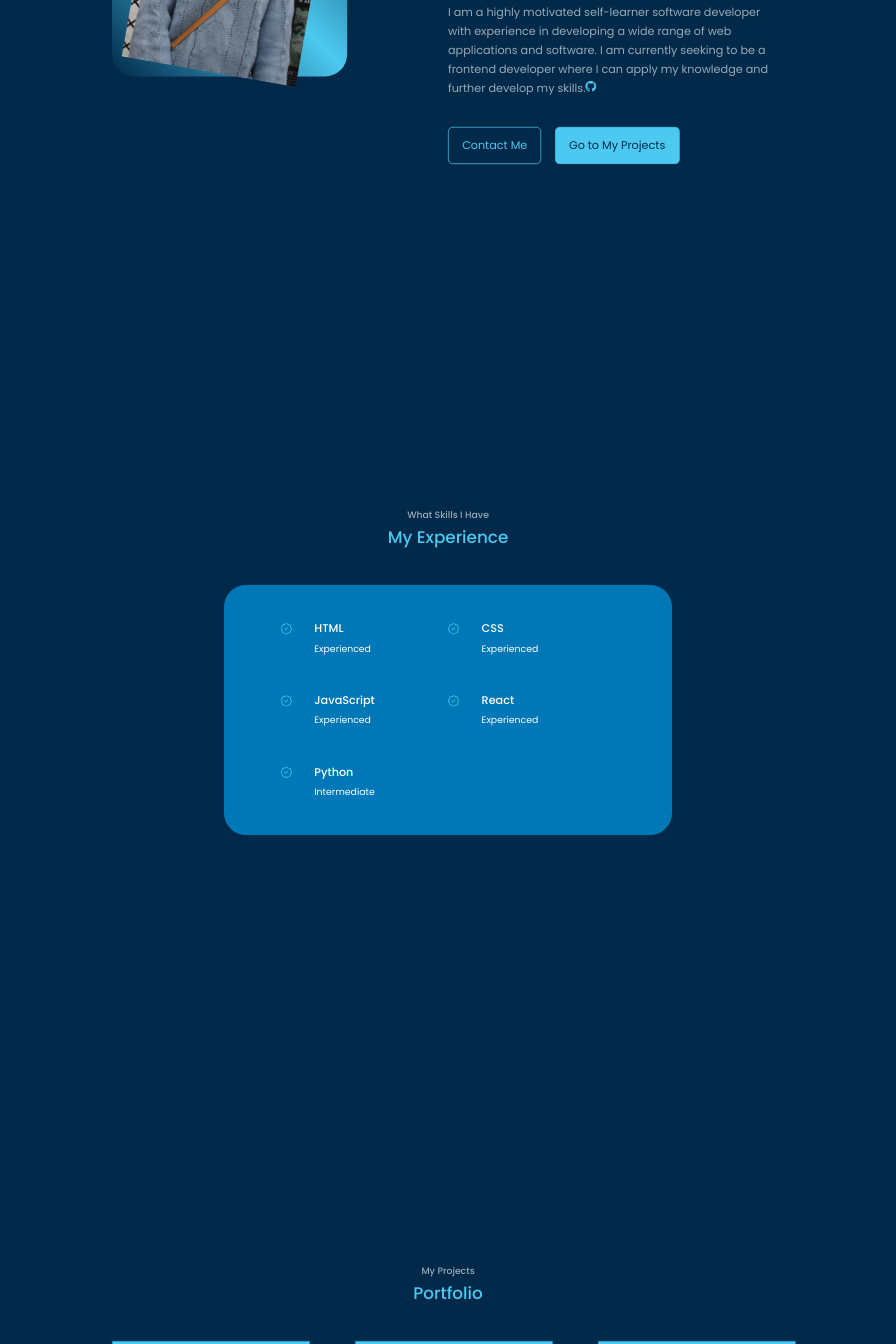
Repository: yingluo1020/react-portfolio-website
Page: /
The author's editor kept a copy of each file at every save. The page is drawn from the files as they stood at one save, then again after a run of saves.
The browser window is 1280 px wide. The pictures show the part of the page from y = 1076 to 2996 px (the page is 5823 px tall), at 70% of full size.
The project was rebuilt for these pictures with package versions that can differ from the ones it lists, and the page was loaded fresh each time. Imported but missing from the stored project, and not drawn on this page: src/assets/YingLuo_resume.pdf.

Above is the page before, as saved 2022-03-16 16:29:59.

After the next 2 saves:
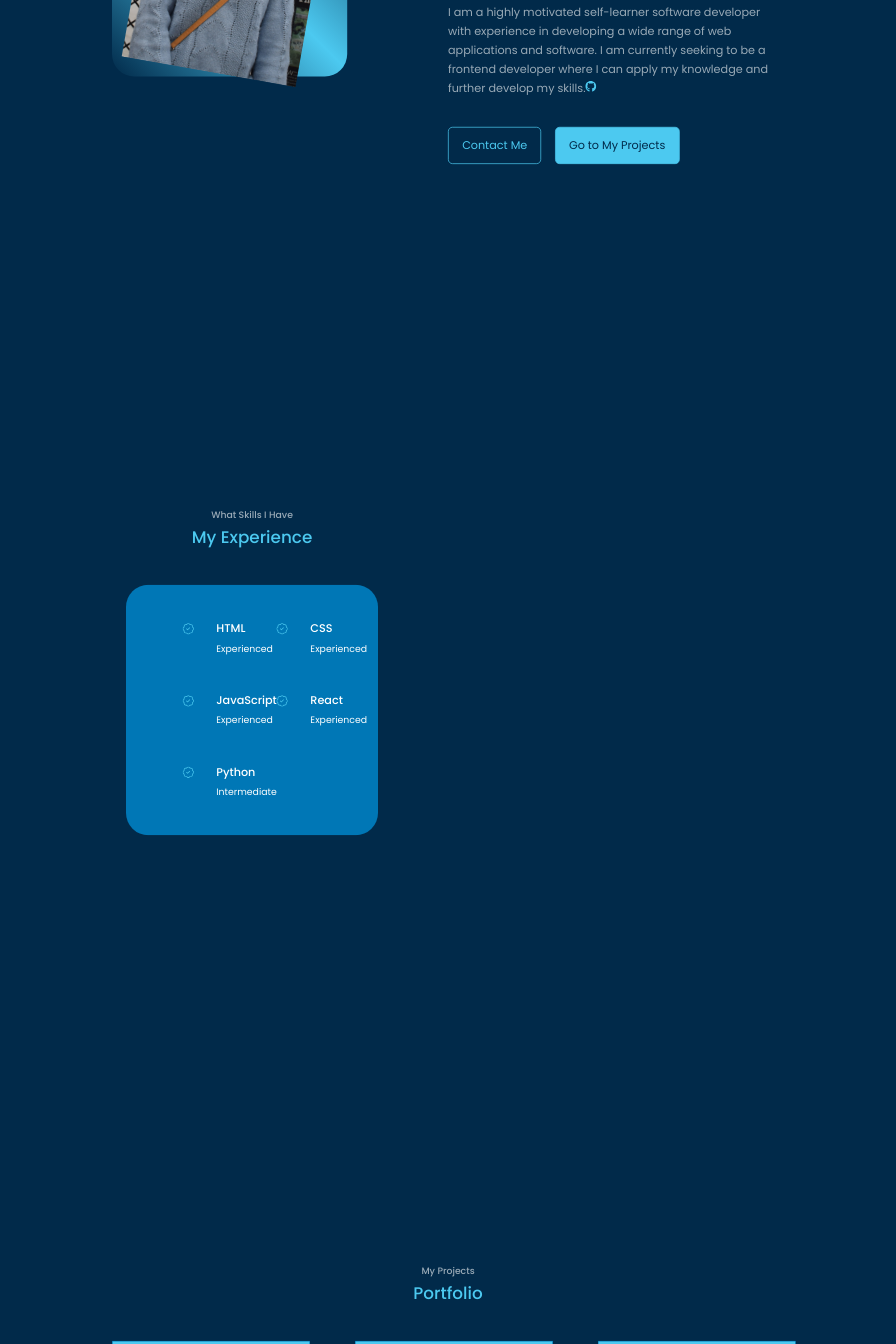
The 2 saves are shown as one change because they came seconds apart.
The last was saved 97 s later.
--- a/src/components/experience/experience.css
+++ b/src/components/experience/experience.css
@@ -1,5 +1,5 @@
 #experience {
-    height: 100vh;
+    max-width: 100vh;
 }
 .experience_container{
     width: 50%;

After the save that followed:
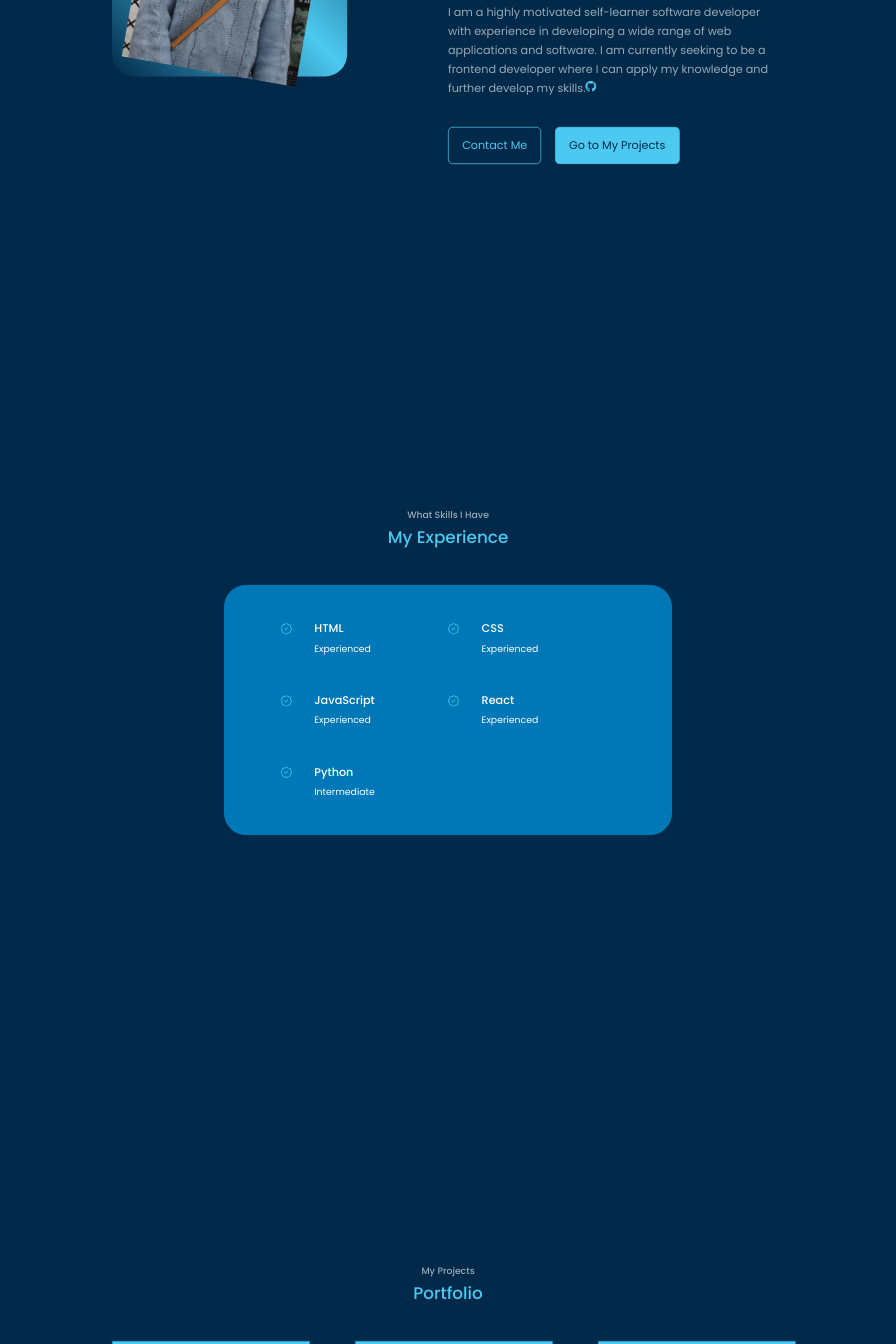
Saved 15 s later.
--- a/src/components/experience/experience.css
+++ b/src/components/experience/experience.css
@@ -1,5 +1,5 @@
 #experience {
-    max-width: 100vh;
+    max-height: 100vh;
 }
 .experience_container{
     width: 50%;
